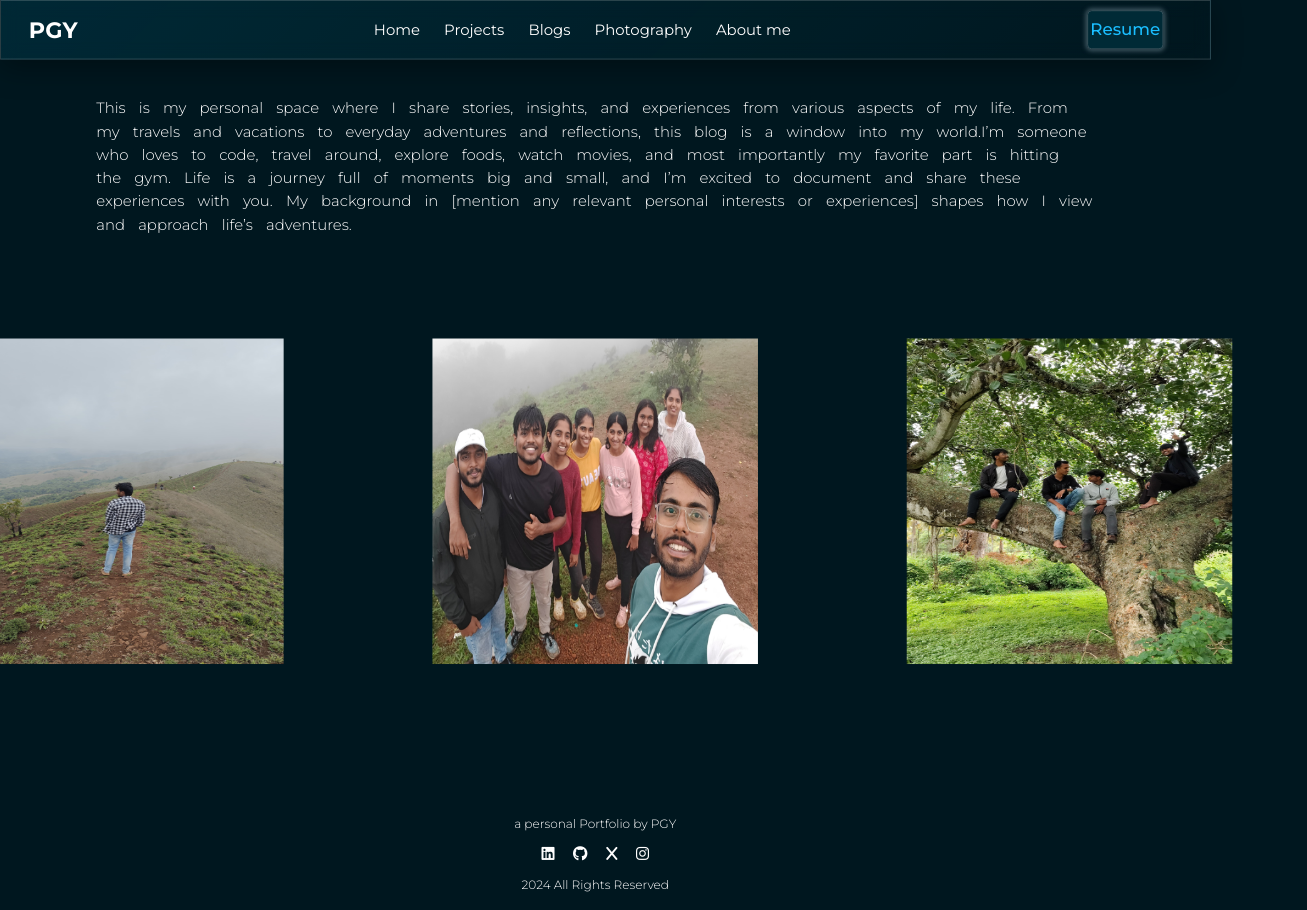
Repository: pgyunknown/pgyunknown
Page: personal_blog.html
These files come from the project's save history. The page is drawn as it stood at one moment and after the next save; the edit follows.
The browser window is 1280 px wide. The page is 1405 px wide, so the pictures cover 1405 px, including what lies to the right of the window. The pictures show the whole page, at 93% of full size.
Some web libraries are served in a nearby version.

Above is the page before, as saved 2024-08-16 18:50:11.

After the next save:
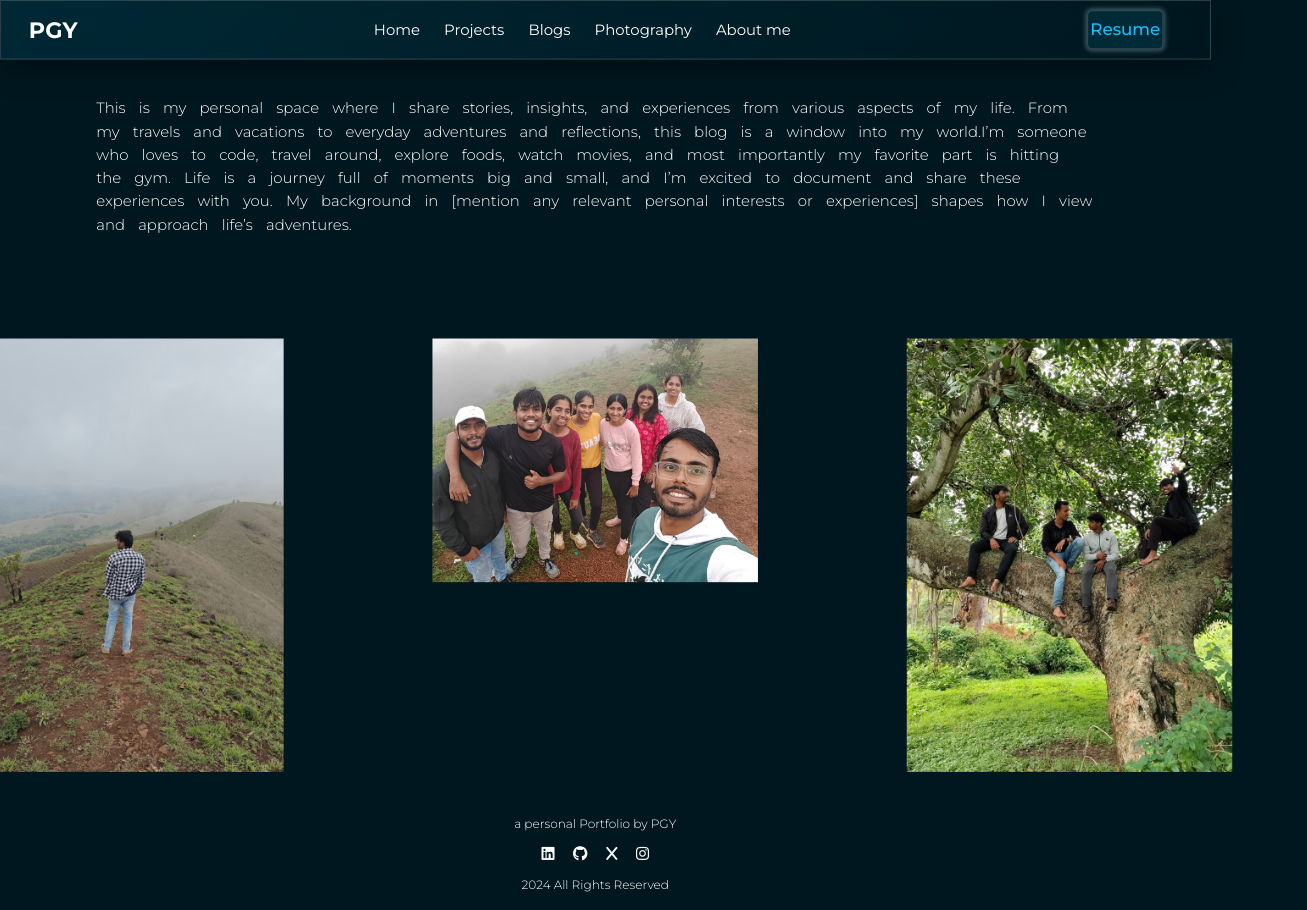
Saved 16 min 36 s later.
--- a/personal_blog.css
+++ b/personal_blog.css
@@ -142,6 +142,7 @@ main .contianer{
 }
 
 main .contianer img{
+    ra
     height: 350px;
     width: 350px ;
     padding: 80px;

After the save that followed:
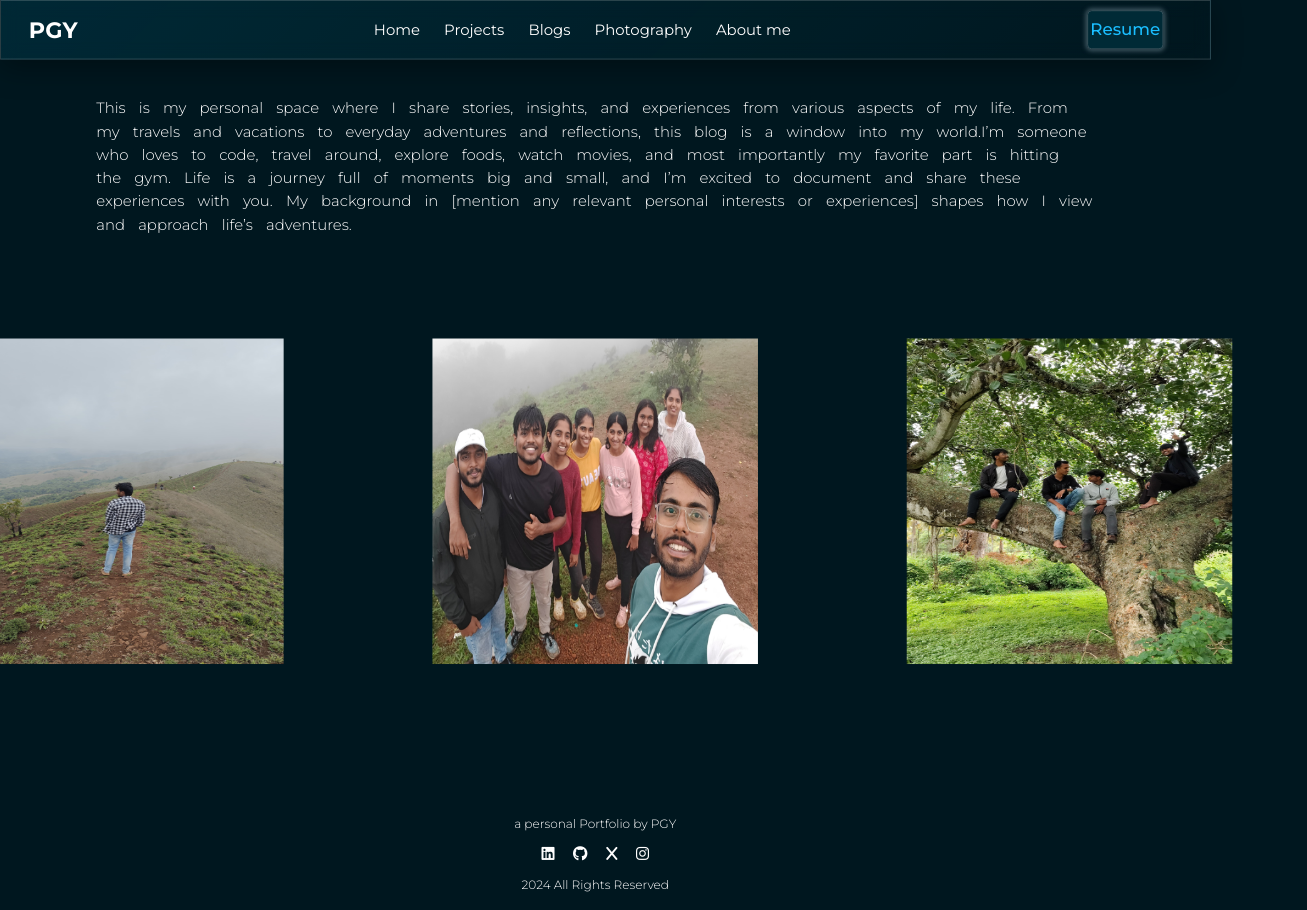
Saved 19 s later.
--- a/personal_blog.css
+++ b/personal_blog.css
@@ -142,7 +142,6 @@ main .contianer{
 }
 
 main .contianer img{
-    ra
     height: 350px;
     width: 350px ;
     padding: 80px;
